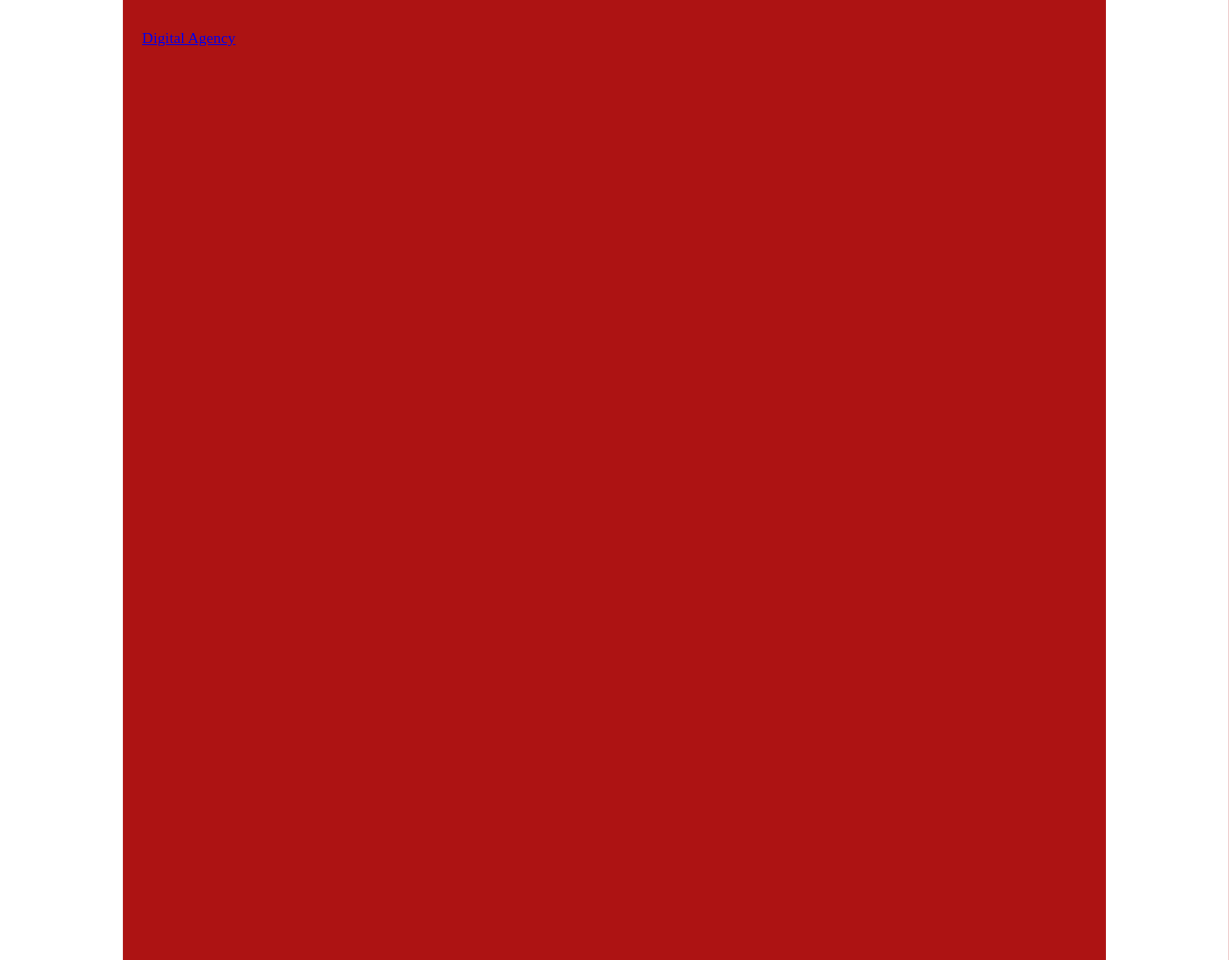
Repository: ThuatDev/fullstack_devc
Page: index.html
An editor plug-in stored every save of this project. The page is shown before and after the next save, followed by the edit.
The browser window is 1280 px wide. The pictures show the whole page, at 96% of full size.

Above is the page before, as saved 2022-11-09 15:41:51.

After the next save:
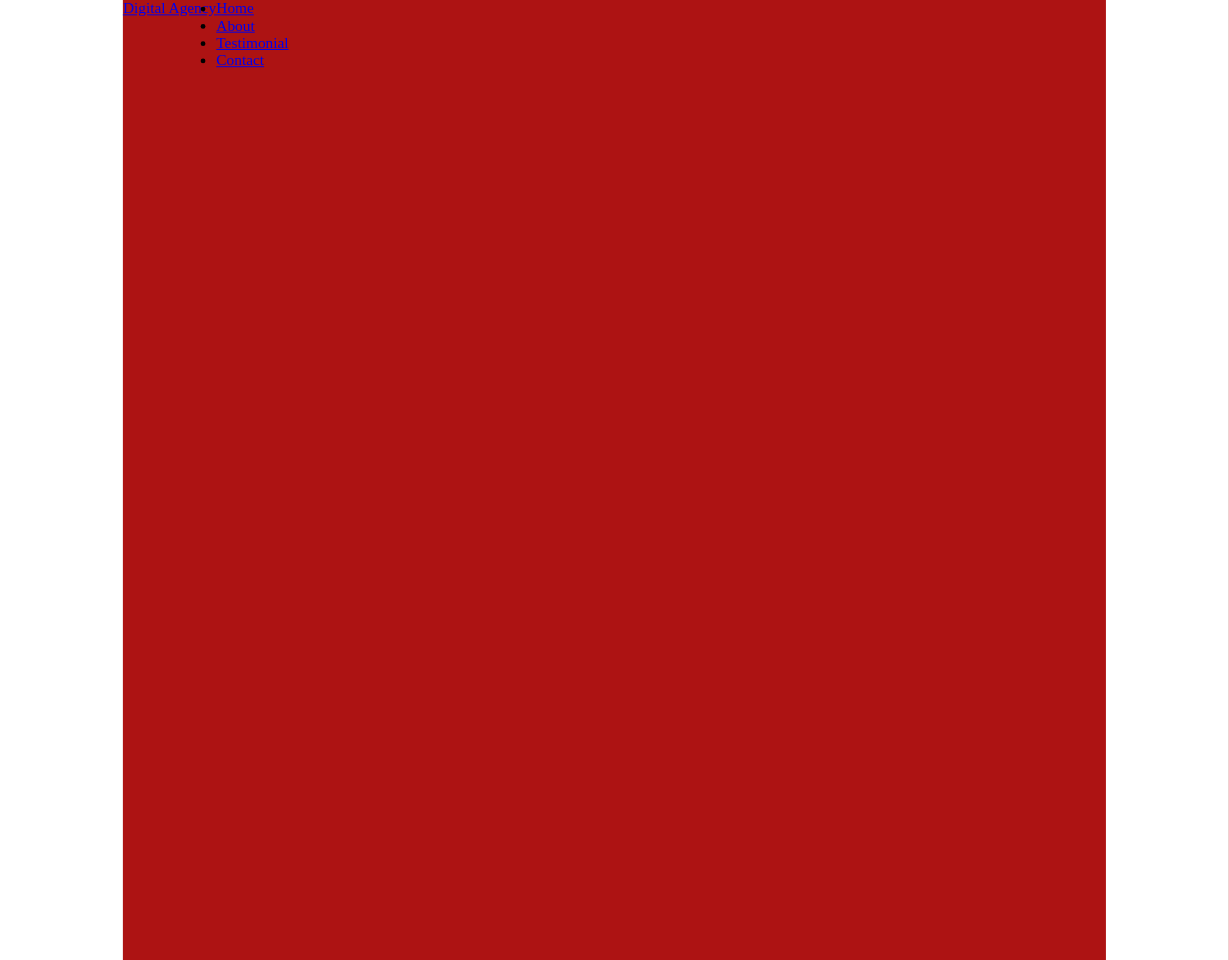
Saved 13 s later.
--- a/index.css
+++ b/index.css
@@ -12,14 +12,5 @@
 
 /* nav bar*/
 .navbar {
-  width: 100%;
-  height: 80px;
-
   display: flex;
-  justify-content: space-between;
-  align-items: center;
-  padding: 0 20px;
-  position: fixed;
-  top: 0;
-  z-index: 1;
 }
